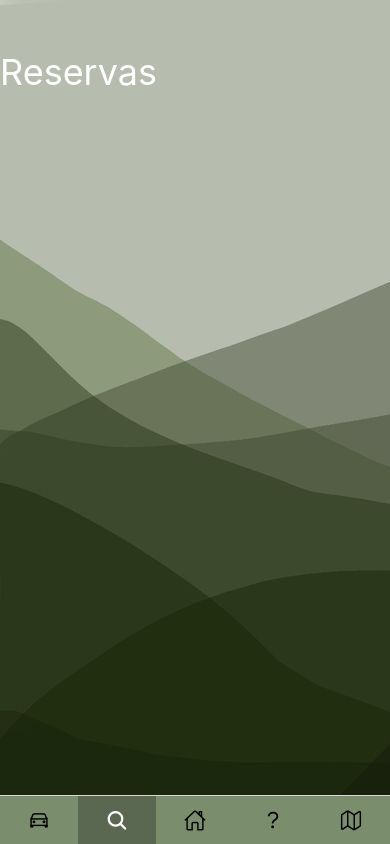
Repository: GabrielAron/EcoWheels
Screen: /Explorar
An editor plug-in stored every save of this project. The screen is shown before and after the next save, followed by the edit.
The app was drawn by React Native's web renderer in a window 390 px wide. The project was rebuilt for these pictures with package versions that can differ from the ones it lists, and the page was loaded fresh each time. Also part of the build but not shown: src/Paginas/Home/index.js, src/Paginas/Ajuda/index.js, src/Paginas/Mapa/index.js.

Above is the screen before, as saved 2023-11-13 01:12:46.

### App.js
import React from 'react';
import Routes from './src/Paginas/routes';


export default function App() {
  return (
    <Routes />
  );

}

### src/Paginas/routes.js
import React from 'react';
import { createBottomTabNavigator } from '@react-navigation/bottom-tabs';
import { NavigationContainer } from '@react-navigation/native';
import { Ionicons } from '@expo/vector-icons';

import Home from './Home';
import Explorar from './Carros';
import Ajuda from './Ajuda';
import Reservas from './Locacoes';
import Recarga from './Mapa';

const Tab = createBottomTabNavigator();

export default function Routes() {
  return (
    <NavigationContainer>
      <Tab.Navigator
        tabBarOptions={{
          showLabel: false, // Oculta as etiquetas de texto das guias
          tabBarStyle:{
            position: 'absolute',
            backgroundColor: '#7A8D6D',
          },
          tabStyle: {
            elevation: 0,
          },
          inactiveBackgroundColor: '#7A8D6D',
          activeBackgroundColor: '#5A6851',
        }}
      >
        <Tab.Screen
          name="Reservas"
          component={Reservas}
          options={{
            headerShown: false,
            tabBarIcon: ({ color, size, focused }) => {
              if (focused) {
                return <Ionicons name="md-car" size={23} color="#FFF" />;
              } else {
                return <Ionicons name="md-car-outline" size={23} color="#000000" />;
              }
            },
          }}
        />
        <Tab.Screen
          name="Explorar"
          component={Explorar}
          options={{
            headerShown: false,
            tabBarIcon: ({ color, size, focused }) => {
              if (focused) {
                return <Ionicons name="md-search" size={23} color="#FFF" />;
              } else {
                return <Ionicons name="md-search-outline" size={23} color="#000000" />;
              }
            },
          }}
        />
        <Tab.Screen
          name="Home"
          component={Home}
          options={{
            headerShown: false,
            tabBarIcon: ({ color, size, focused }) => {
              if (focused) {
                return <Ionicons name="md-home" size={23} color="#FFF" />;
              } else {
                return <Ionicons name="md-home-outline" size={23} color="#000000" />;
              }
            },
          }}
        />
        <Tab.Screen
          name="Ajuda"
          component={Ajuda}
          options={{
            headerShown: false,
            tabBarIcon: ({ color, size, focused }) => {
              if (focused) {
                return <Ionicons name="md-help" size={23} color="#FFF" />;
              } else {
                return <Ionicons name="md-help-outline" size={23} color="#000000" />;
              }
            },
          }}
        />
        <Tab.Screen
          name="Recarga"
          component={Recarga}
          options={{
            headerShown: false,
            tabBarIcon: ({ color, size, focused }) => {
              if (focused) {
                return <Ionicons name="md-map" size={23} color="#FFF" />;
              } else {
                return <Ionicons name="md-map-outline" size={23} color="#000000" />;
              }
            },
          }}
        />
      </Tab.Navigator>
    </NavigationContainer>
  );
}

### src/Paginas/Carros/index.js
import React, { useEffect, useState } from 'react';
import { View, Text, ImageBackground, StyleSheet } from 'react-native';
import Fundo from '/imagens/fundoverde.jpg';

export default function Reservas() {

  return (
    <View style={styles.container}>
      <ImageBackground source={Fundo} style={styles.image}>
        <Text style={styles.text}>Reservas</Text>

      </ImageBackground>
    </View>
  );
}

const styles = StyleSheet.create({
  container: {
    flex: 1,
  },
  image: {
    flex: 1,
    resizeMode: 'cover',
    justifyContent: 'center',
  },
  text: {
    color: '#fffeff',
    fontSize: 36,
    position: 'absolute',
    top: 50,
    left: 0,
    right: 0,


    alignItems:'center',
  },

});

### src/Paginas/Locacoes/index.js
import React from 'react';
import { View, Text, ImageBackground, Button, StyleSheet } from 'react-native';
import Fundo from '/imagens/fundoverde.jpg';

const Card = ({ title, image }) => (
  <View style={styles.card}>
    <ImageBackground source={{ uri: image }} style={styles.image} />
    <Text style={styles.title}>{title}</Text>
    <Button title="Reservar" onPress={() => { }} />
  </View>
);

export default function Reservas() {
  return (
    <View style={styles.container}>
      <ImageBackground source={Fundo} style={styles.image}>
        <Text style={styles.text}>Carros</Text>
        <View style={styles.cardContainer}>
          <Card title="QUALIDADE PARA UM CONFORTO E OTIMO PASSEIO" image="url_da_imagem_1" />
          <Card title="DESIGN E CONFORTO EM UM Rider GT 3.0 ou similar" image="url_da_imagem_2" />
          <Card title="FORCA PARA DESAFIOS OFF-Road Viper GT 3.0 ou similar" image="url_da_imagem_3" />
          <Card title="FORCA PARA DESAFIOS OFF-Road Viper GT 3.0 ou similar" image="url_da_imagem_3" />

        </View>
      </ImageBackground>
    </View>
  );
}

const styles = StyleSheet.create({
  container: {
    flex: 1,
  },
  image: {
    flex: 1,
    resizeMode: 'cover',
    justifyContent: 'center',
  },
  text: {
    color: '#fffeff',
    fontSize: 36,
    position: 'absolute',
    top: 50,
    left: 0,
    right: 0,
    fontWeight: 'bold',
    textAlign: 'center',
  },
  cardContainer: {
    flex: 1,
    alignItems: 'center', // Adicionado para centralizar horizontalmente
    justifyContent: 'center', // Adicionado para centralizar verticalmente
  },
  card: {
    width: '80%',
    height: 200,
    backgroundColor: '#fff',
    borderRadius: 10,
    marginBottom: 20,
    padding: 10,
  },
  title: {
    fontSize: 16,
    fontWeight: 'bold',
  },
});

After the next save:
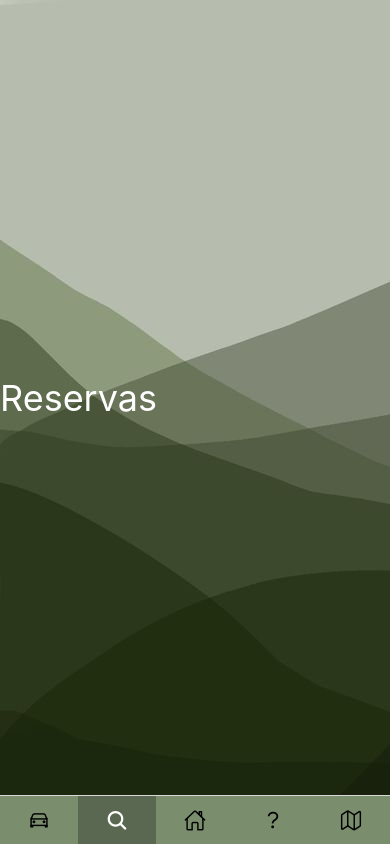
Saved 6 s later.
--- a/src/Paginas/Carros/index.js
+++ b/src/Paginas/Carros/index.js
@@ -27,9 +27,7 @@ const styles = StyleSheet.create({
     color: '#fffeff',
     fontSize: 36,
     position: 'absolute',
-    top: 50,
-    left: 0,
-    right: 0,
+
 
 
     alignItems:'center',
